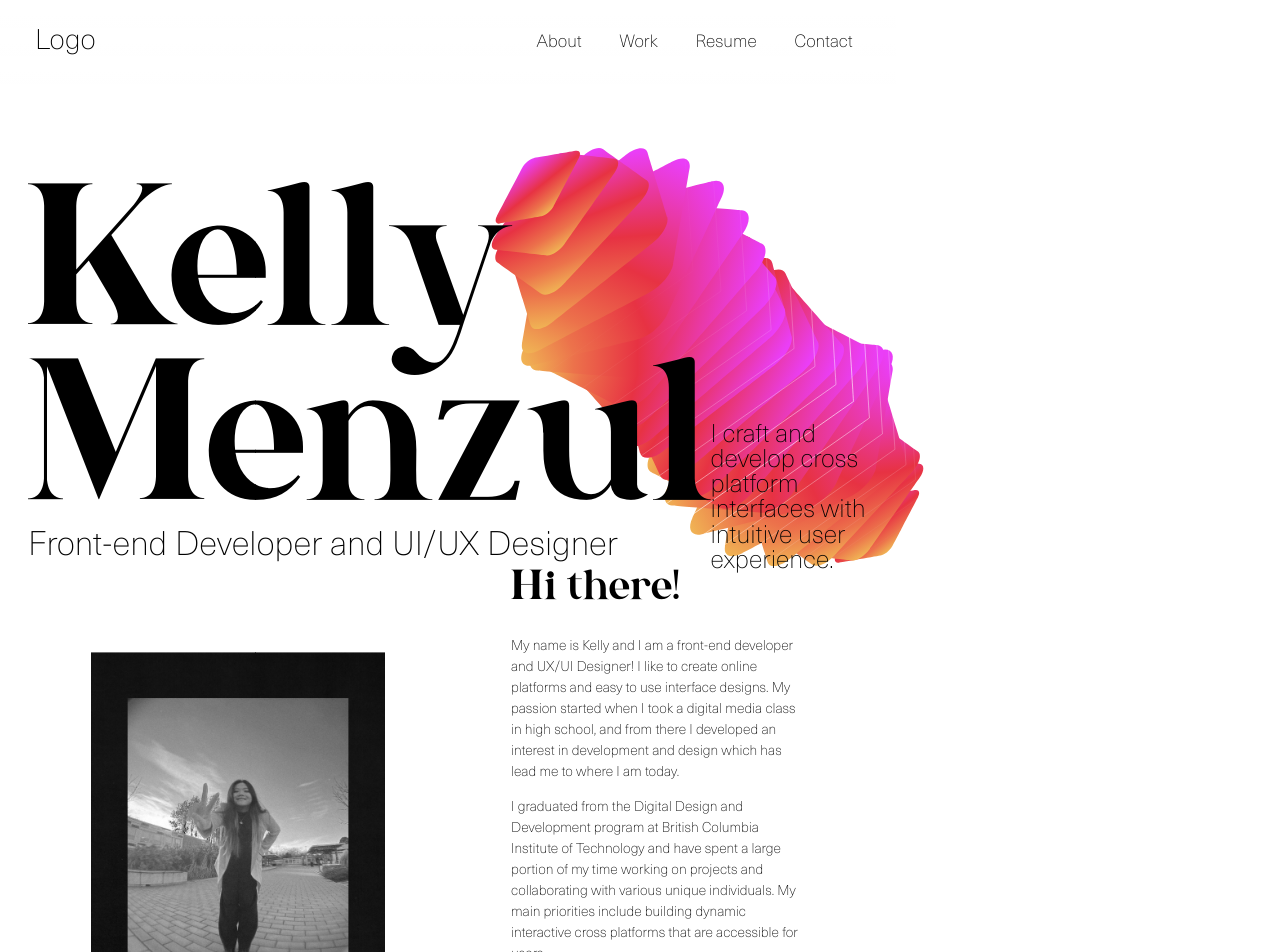
Repository: KellyMenzul/Kelly-Menzul
Page: /
These files come from the project's save history. The page is drawn as it stood at one moment and after the next save; the edit follows.
The browser window is 1280 px wide. The page is 1820 px wide, then 1280 px, so the pictures cover 1820 px, including what lies to the right of the window. The pictures show the part of the page from y = 0 to 1360 px (the page is 2160 px tall), at 70% of full size.
The project was rebuilt for these pictures with package versions that can differ from the ones it lists, and the page was loaded fresh each time. The framework's server and built-in components were replaced by stand-ins that run in the browser. Also part of the build but not shown: next.config.js.

Above is the page before, as saved 2022-01-20 15:29:38.

### pages/_document.js
import Document from 'next/document';
import { ServerStyleSheet } from 'styled-components';

export default class MyDocument extends Document {
 static async getInitialProps(ctx) {
   const sheet = new ServerStyleSheet();
   const originalRenderPage = ctx.renderPage;

   try {
     ctx.renderPage = () =>
       originalRenderPage({
         enhanceApp: (App) => (props) =>
           sheet.collectStyles(<App {...props} />),
       });

     const initialProps = await Document.getInitialProps(ctx);
     return {
       ...initialProps,
       styles: (
         <>
           {initialProps.styles}
           {sheet.getStyleElement()}
         </>
       ),
     };
   } finally {
     sheet.seal();
   }
 }
}

### pages/index.js
import Image from 'next/image'
import styled from 'styled-components'
import MenuBar from '../comps/MenuBar'
import Name from '../comps/Name'
import Position from '../comps/Position'
import Intro from '../comps/Intro'
import Head from '../comps/Head'
import Work from '../comps/Work'
import { useState, useEffect } from "react";
import Load from '../comps/Load'


const Holder = styled.div`
display:flex;
flex-direction:column;
width:100%;
flex-wrap:wrap;
`
const MenuHolder = styled.div`
display:flex;
flex-direction:column;
width:100%;
position:fixed;
z-index:2;
`
const LandingHolder = styled.div`
display:flex;
position:relative;
width:100%;
height:100vh;
padding:40px;
flex-wrap:wrap;
`
const LandingHolderLeft = styled.div`
display:flex;
width:100%;
flex:2;
flex-direction:column;
justify-content:flex-end;
`

const LandingHolderRight = styled.div`
display:flex;
flex:1;
align-items:flex-end;
justify-content:flex-end;
`

const NameHolder = styled.div``

const IntroHolder = styled.div`
display:flex;
`
// About

const AboutHolder = styled.div`
display:flex;
flex-direction:row;
width:100%;
height:100vh;
padding:40px;
flex-wrap:wrap;
`

const  AboutHolderLeft = styled.div`
flex:1;
display:flex;
flex-direction:column;
justify-content:center;
align-items:center;
`

const  AboutHolderRight = styled.div`
display:flex;
flex-direction:column;
align-items:center;
justify-content:center;
flex:1;
`
const AboutMeHolder = styled.div`
display:flex;
flex-direction:column;
width:70%;
`

// work

const WorkHolder = styled.div `
display:flex;
flex-direction:row;
width:100%;
height:100vh;
flex-wrap:wrap;
`
const  WorkHolderLeft = styled.div`
display:flex;
align-items:center;
justify-content:center;
flex:1;
`

const  WorkHolderRight = styled.div`
flex:1;
display:flex;
align-items:center;
justify-content:center;
`

const LoadHolder = styled.div`
position:absolute;
z-index:-1;
top:-300px;
left:200px;

`
const TextHolder  =styled.div``

const HeroImage = styled.img`
width:70%;
`

export default function Home() {
  // const [setup1, setSetup1] =  useState(false)

  // if (setup1 === false) {
  //   setTimeout(() => {
  //     setSetup1(true)
  //   },5000)

  //   return <LoadHolder>
  //     <Load/>
  //     <TextHolder>Welcome</TextHolder>
  //   </LoadHolder>
  // }

  return (
    <Holder>
      <MenuHolder>
        <MenuBar />
      </MenuHolder>


      <LandingHolder id='landing'>
        <LoadHolder>
          <Load/>
        </LoadHolder>

        <LandingHolderLeft>
          <NameHolder>
            <Name/>
            <Position topmargin='-160px'/>
          </NameHolder>
        </LandingHolderLeft>

        <LandingHolderRight>
          <IntroHolder>
           <Intro/>
          </IntroHolder>
        </LandingHolderRight>
      </LandingHolder>

      <AboutHolder id='about'>
        <AboutHolderLeft>
          <HeroImage src='/me.png'/>
        </AboutHolderLeft>
        <AboutHolderRight>
            <AboutMeHolder>
              <Head text='Hi there!'/>
              <Position fontsize='20px' text='My name is Kelly and I am a front-end developer and UX/UI Designer! I like to create online platforms and easy to use interface designs. My passion started when I took a digital media class in high school, and from there I developed an interest in development and design which has lead me to where I am today.'/>
              <Position fontsize='20px' text='I graduated from the Digital Design and Development program at British Columbia Institute of Technology and have spent a large portion of my time working on projects and collaborating with various unique individuals. My main priorities include building dynamic interactive cross platforms that are accessible for users.'/>
              <Position fontsize='20px' text='Other than web development I enjoy working on graphic design projects as well. I have collaborated with small businesses and created design brands and business cards for my past time. Outside of the tech world I enjoy hiking and snowboarding. One of my biggest interests are fashion and spend a lot of time online shopping!'/>
            </AboutMeHolder>
        </AboutHolderRight>
      </AboutHolder>

      <WorkHolder id='work'>
        <WorkHolderLeft>
          <Work routeTo='/development' buttontext="See what I've built" text='I craft and develop cross platform interfaces with intuitive user experience.' headerhere='I Build'/>
        </WorkHolderLeft>
        <WorkHolderRight>
          <Work routeTo='/design' buttontext="See what I've designed" text='I craft and develop cross platform interfaces with intuitive user experience.' headerhere='I Design'/>
        </WorkHolderRight>
      </WorkHolder>



    </Holder>
  )
}

### styles/globals.css
@font-face {
  font-family: "textbold";
  src: url(../public/fonts/NeueHaasUnica/NeueHaasUnica-Bold.ttf);
  font-display: swap;
}

@font-face {
  font-family: "textlight";
  src: url(../public/fonts/NeueHaasUnica/NeueHaasUnica-ExtraLight.ttf);
  font-display: swap;
}

@font-face {
  font-family: "heading";
  src: url(../public/fonts/GishellaMorely/Gishella\ Morely.ttf);
  font-display: swap;
}

html,
body {
  padding: 0;
  margin: 0;
  font-family: "textlight";
  scroll-behavior: smooth;
}


a {
  color: inherit;
  text-decoration: none;
}

* {
  box-sizing: border-box;
}

### comps/MenuBar/index.js
import styled from "styled-components";
import React from "react";
import Link from "next/link";

const Holder = styled.div `
display:flex;
align-items:center;
justify-content:center;
width:100%;
background: rgb(255,255,255);
background: linear-gradient(180deg, rgba(255,255,255,1) 0%, rgba(148,187,233,0) 100%);
`
const LogoHolder = styled.div `
margin-left:50px;
`

const Left = styled.div`
flex:1;
`

const Right = styled.div`
flex:1;
display:flex;
justify-content:flex-end;
`

const MenuButtonHolder = styled.div`
display:flex;
flex-firection:row;
width:100%;
justify-content:flex-end;
gap:30px;
margin-right:50px;
`

const MenuButton = styled.button`
border-style:none;
background-color:${props=>props.bgcolor};
font-family:"textlight";
font-size:25px;
color:black;
padding:12px;

&:hover {
    text-decoration:underline;
}
`

const Logo = styled.p`
font-size:40px;
`


const MenuBar = ({
    onButtonPress=()=>{},
    bgcolor="transparent",
}) => {

    return <Holder>
        <Left>
            <Link href="#landing">
            <LogoHolder>
                <Logo>Logo</Logo>
            </LogoHolder>
            </Link>
        </Left>
        <Right>
            <MenuButtonHolder>
                <Link href="#about">
                    <MenuButton bgcolor={bgcolor} onClick={()=>{onButtonPress()}}>About</MenuButton>
                </Link>

                <Link href="#work">
                <MenuButton bgcolor={bgcolor}>Work</MenuButton>
                </Link>

                <MenuButton bgcolor={bgcolor}>Resume</MenuButton>

                <Link href="mailto:kmnzul@gmail.com">
                <MenuButton bgcolor={bgcolor}>Contact</MenuButton>
                </Link>

            </MenuButtonHolder>
        </Right>
    </Holder>
}

export default MenuBar;

### comps/Name/index.js
import styled from "styled-components";
import React from "react";
import { style } from "@mui/system";

const TextHolder = styled.div `
dispay:flex;
flex-wrap:wrap;
width:100%;

`

const Text = styled.h1`
font-family:"heading";
font-size:288px;
font-weight:400;
line-height:250px;
`

const Name = ({}) => {
    return <TextHolder>
        <Text>Kelly Menzul</Text>
        </TextHolder>

}

export default Name;

### comps/Position/index.js
import styled from "styled-components";
import React from "react";

const TextHolder = styled.div`
dispay:flex;
flex-wrap:wrap;
width:100%;
`

const Text = styled.p`
font-family:"textlight";
font-size:${props=>props.fontsize};
font-weight:400;
margin-top:${props=>props.topmargin};
line-height:30px;
`
// margin-top:-160px;
const Position = ({
    text = "Front-end Developer and UI/UX Designer",
    fontsize = "48px",
    topmargin = "0px"
}) => {
    return <TextHolder>
    <Text topmargin={topmargin} fontsize={fontsize}>{text}</Text>
    </TextHolder>
}

export default Position;

### comps/Intro/index.js
import styled from "styled-components";
import React from "react";

const TextHolder = styled.div `
dispay:flex;
flex-wrap:wrap;
width:100%;

`

const Text = styled.h1`
font-family:"textlight";
font-weight:400;
font-size:36px;
`

const Intro = ({}) => {
    return <TextHolder>
        <Text>I craft and develop cross platform interfaces with intuitive user experience.</Text>
        </TextHolder>

}

export default Intro;

### comps/Head/index.js
import styled from "styled-components";
import React from "react";

const TextHolder = styled.div `
dispay:flex;
flex-wrap:wrap;
width:100%;

`

const Text = styled.h1`
font-family:"heading";
font-size:${props=>props.headsize};
font-weight:400;
`

const Head = ({
    headsize="60px",
    text="Heading"
}) => {
    return <TextHolder>
        <Text headsize={headsize}>{text}</Text>
        </TextHolder>

}

export default Head;

### comps/Work/index.js
import styled from "styled-components";
import React from "react";
import Head from "../Head";
import Position from "../Position";
import router, {useRouter} from 'next/router';

const Holder = styled.div `
display:flex;
flex-direction:column;
width:50%;
`

const Header = styled.h2 `
font-family:"heading";
font-size:${props=>props.headsize};
font-weight:400;
`

const Text = styled.p `
font-family:"textlight";
font-size:${props=>props.fontsize};
font-weight:400;
margin-top:${props=>props.topmargin};
`

const Button = styled.button `
border-style:none;
font-family:"textlight";
color:white;
background-color:black;
font-size:18px;
padding:15px;
width:70%;
transition:1s;

&: hover {
    background-color:#FF312E;
}


`

// margin-top:-160px;
const Work = ({
    headsize="60px",
    text = "text",
    fontsize = "24px",
    topmargin = "0px",
    headerhere='header',
    buttontext =  "buttontext",
    routeTo = '/.'

}) => {
    return <Holder>
        <Header headsize={headsize}>{headerhere}</Header>
        <Text topmargin={topmargin} fontsize={fontsize}>{text}</Text>
        <Button onClick={()=>router.push(routeTo)}>{buttontext}</Button>

    </Holder>
}

export default Work;

### comps/Load/index.js
import styled from 'styled-components';
import React, {useEffect, useRef, useState} from 'react';
import lottie from 'lottie-web';


const Container = styled.div`
    width:150%;
`

// const Buttons = styled.button``
var anim = null;


const Load = ({}) => {
    const container = useRef(null)

    useEffect(() => {
        anim = lottie.loadAnimation({
            container: container.current,
            renderer: 'svg',
            loop: true,
            autoplay:true,
            animationData: require('../../public/load.json')

        })
        lottie.setSpeed(0.1);
    }, [])

    return <Container>
        <div className="container" ref={container}></div>
    </Container>
}

export default Load;

Loaded but not shown: pages/_app.js (common file); public/load.json (1 lines, source omitted)

After the next save:
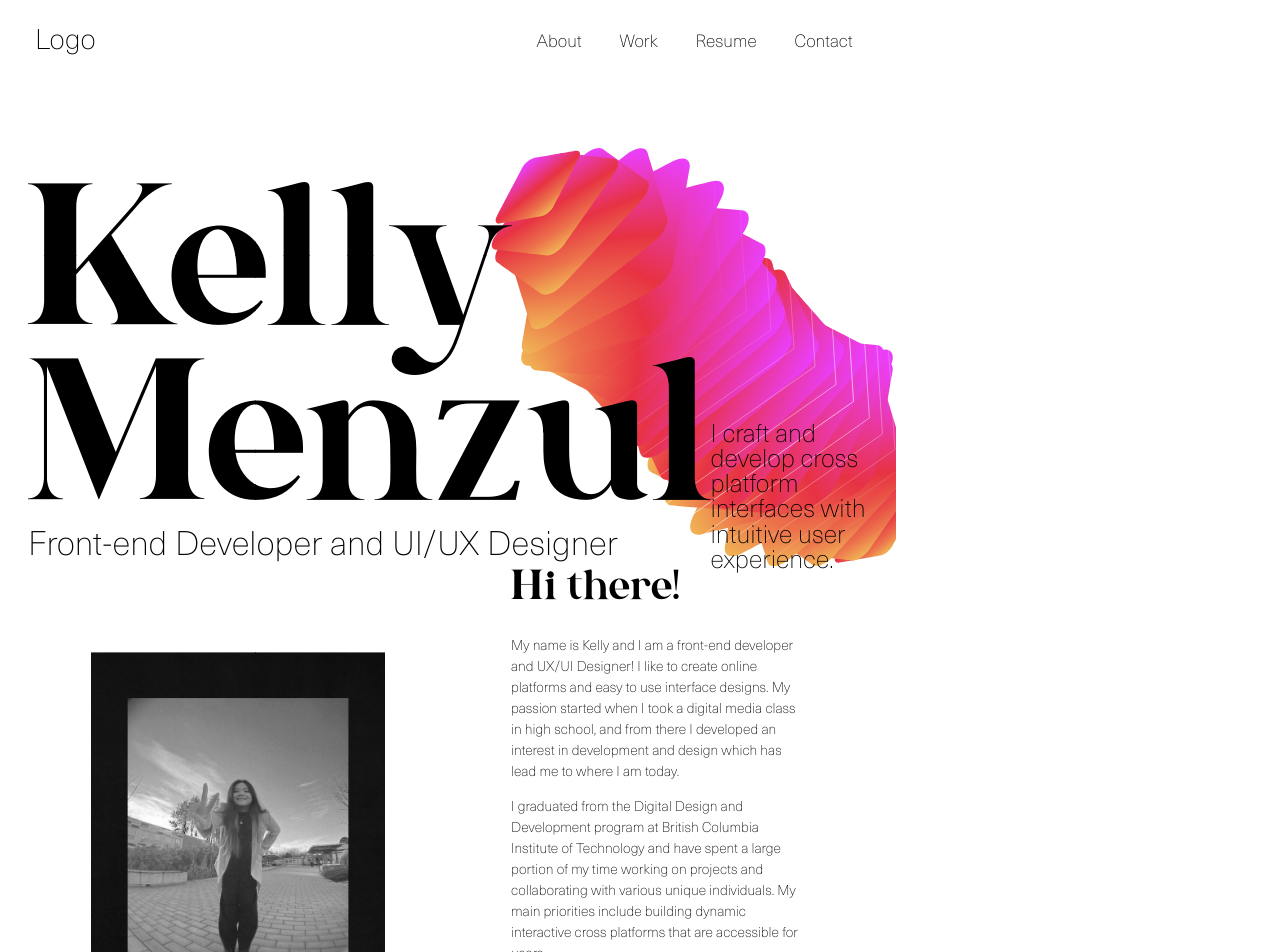
Saved 94 s later.
--- a/styles/globals.css
+++ b/styles/globals.css
@@ -22,6 +22,7 @@ body {
   margin: 0;
   font-family: "textlight";
   scroll-behavior: smooth;
+  overflow-x: hidden;
 }
 
 
